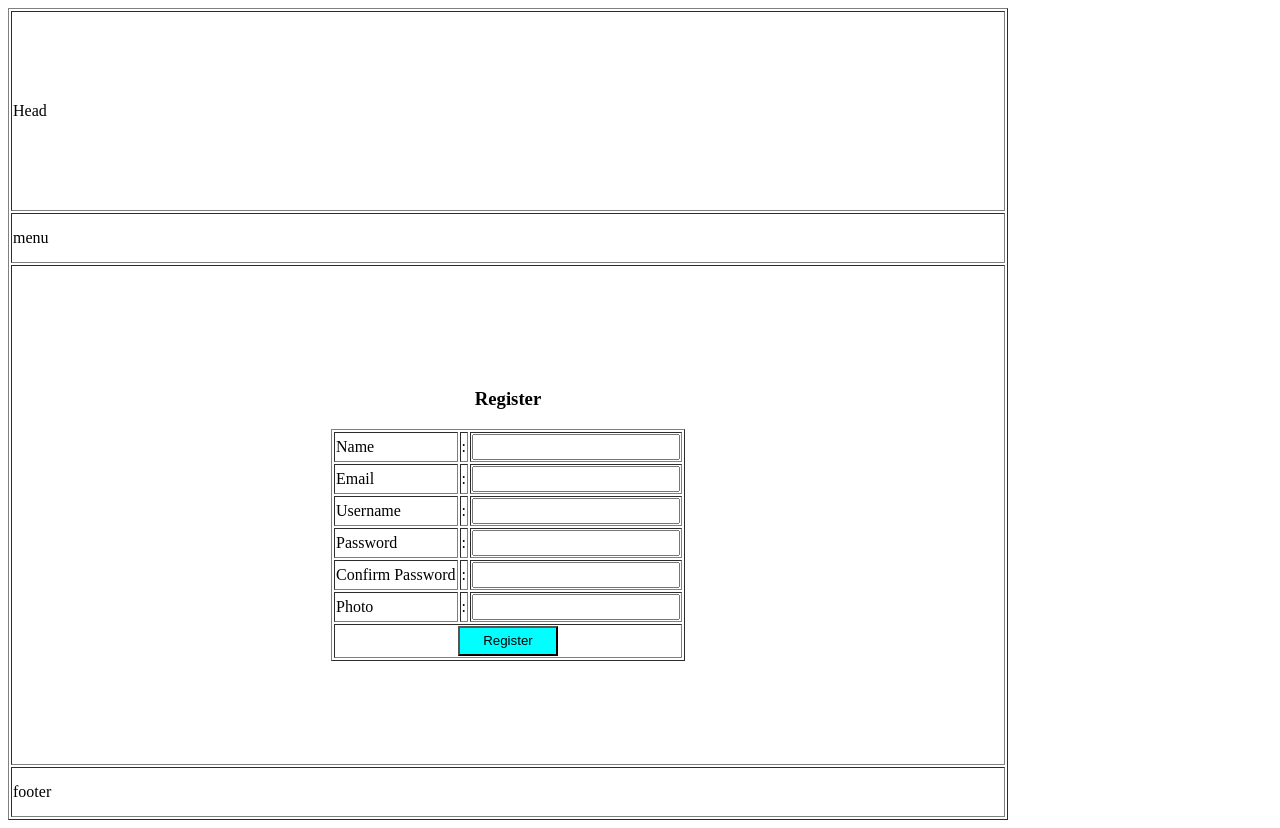
Repository: PraveenRavipati/MyWork
Page: Java/workspaces/office Java WorkScapces/training/javatraining2014/WebContent/Register.html
An editor plug-in stored every save of this project. The page is shown before and after the next save, followed by the edit.
The browser window is 1280 px wide. The pictures show the whole page.

Above is the page before, as saved 2014-05-30 09:32:44.

### Java/workspaces/office Java WorkScapces/training/javatraining2014/WebContent/Register.html
<!DOCTYPE html PUBLIC "-//W3C//DTD HTML 4.01 Transitional//EN" "http://www.w3.org/TR/html4/loose.dtd">
<html>
<head>
<meta http-equiv="Content-Type" content="text/html; charset=UTF-8">
<title>Insert title here</title>
<link href="style.css" rel="stylesheet" type="text/css">
</head>
<body>
	<table border="1" width="1000">
		<tr height="200">
			<td>Head</td>
		</tr>
		<tr height="50">
			<td>menu</td>
		</tr>
		<tr height="500">
			<td>
			<form action="./Register" method="post">
				<table align="center" border="1">
				<caption><h3>Register</h3></caption>
				<tr>
					<td>Name</td>
					<td>:</td>
					<td><input type="text" name="name"></td>
				</tr>
				<tr>
					<td>Email</td>
					<td>:</td>
					<td><input type="text" name="email"></td>
				</tr>
				<tr>
					<td>Username</td>
					<td>:</td>
					<td><input type="text" name="uname"></td>
				</tr>
				<tr>
					<td>Password</td>
					<td>:</td>
					<td><input type="password" name="pwd"></td>
				</tr>
				<tr>
					<td>Confirm Password</td>
					<td>:</td>
					<td><input type="password" name="confipwd"></td>
				</tr>
				<tr>
					<td>Photo</td>
					<td>:</td>
					<td><input type="text" name="photo"></td>
				</tr>
				<tr>
					<td colspan="3" align="center"><input class="submit" type="submit" value="Register"></td>
				</tr>
				</table>
				</form>
			</td>
		</tr>
		<tr height="50">
			<td>footer</td>
		</tr>
	</table>
</body>
</html>

### Java/workspaces/office Java WorkScapces/training/javatraining2014/WebContent/style.css
input {
	width: 200px;
	height: 20px;
}
.submit{
	width: 100px;
	height: 30px;
	background-color: aqua;
}

After the next save:
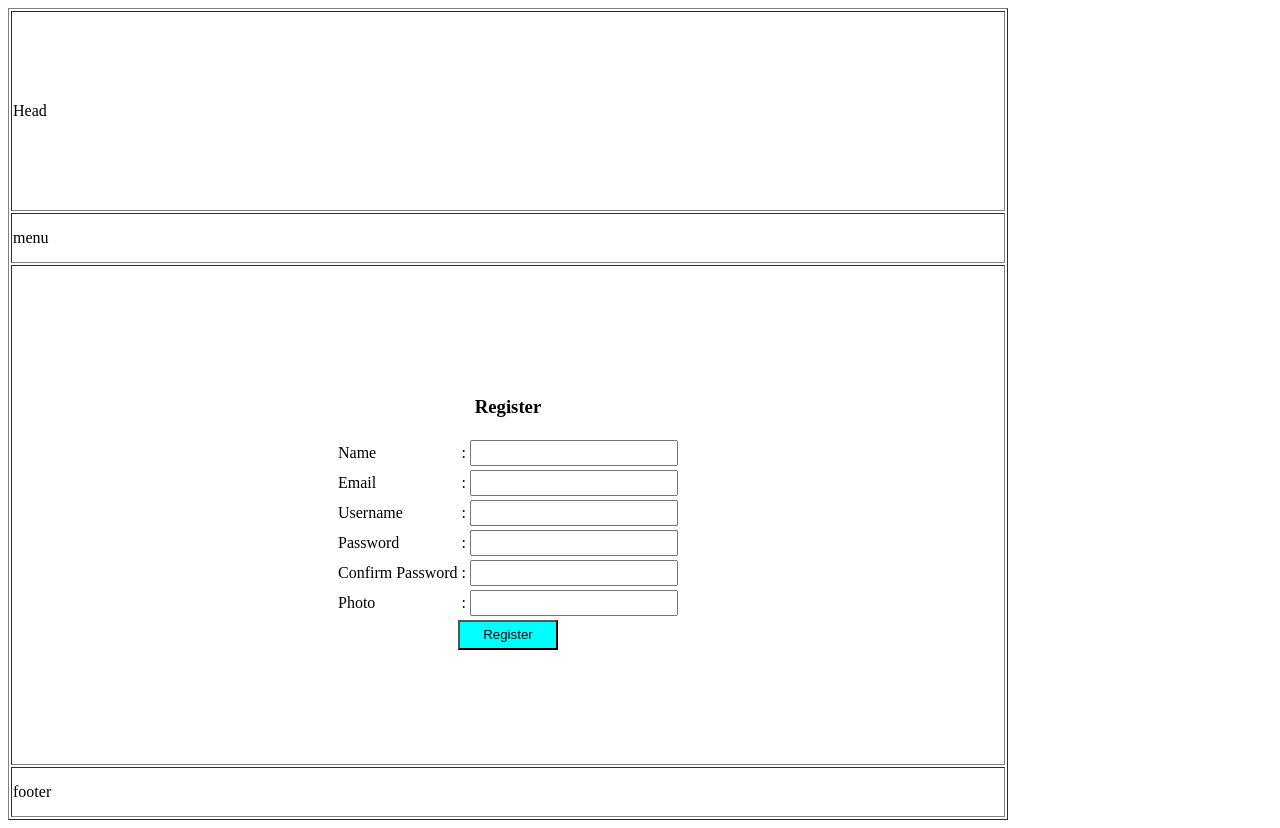
Saved 39 s later.
--- a/Java/workspaces/office Java WorkScapces/training/javatraining2014/WebContent/Register.html
+++ b/Java/workspaces/office Java WorkScapces/training/javatraining2014/WebContent/Register.html
@@ -16,7 +16,7 @@
 		<tr height="500">
 			<td>
 			<form action="./Register" method="post">
-				<table align="center" border="1">
+				<table align="center" border="0">
 				<caption><h3>Register</h3></caption>
 				<tr>
 					<td>Name</td>
